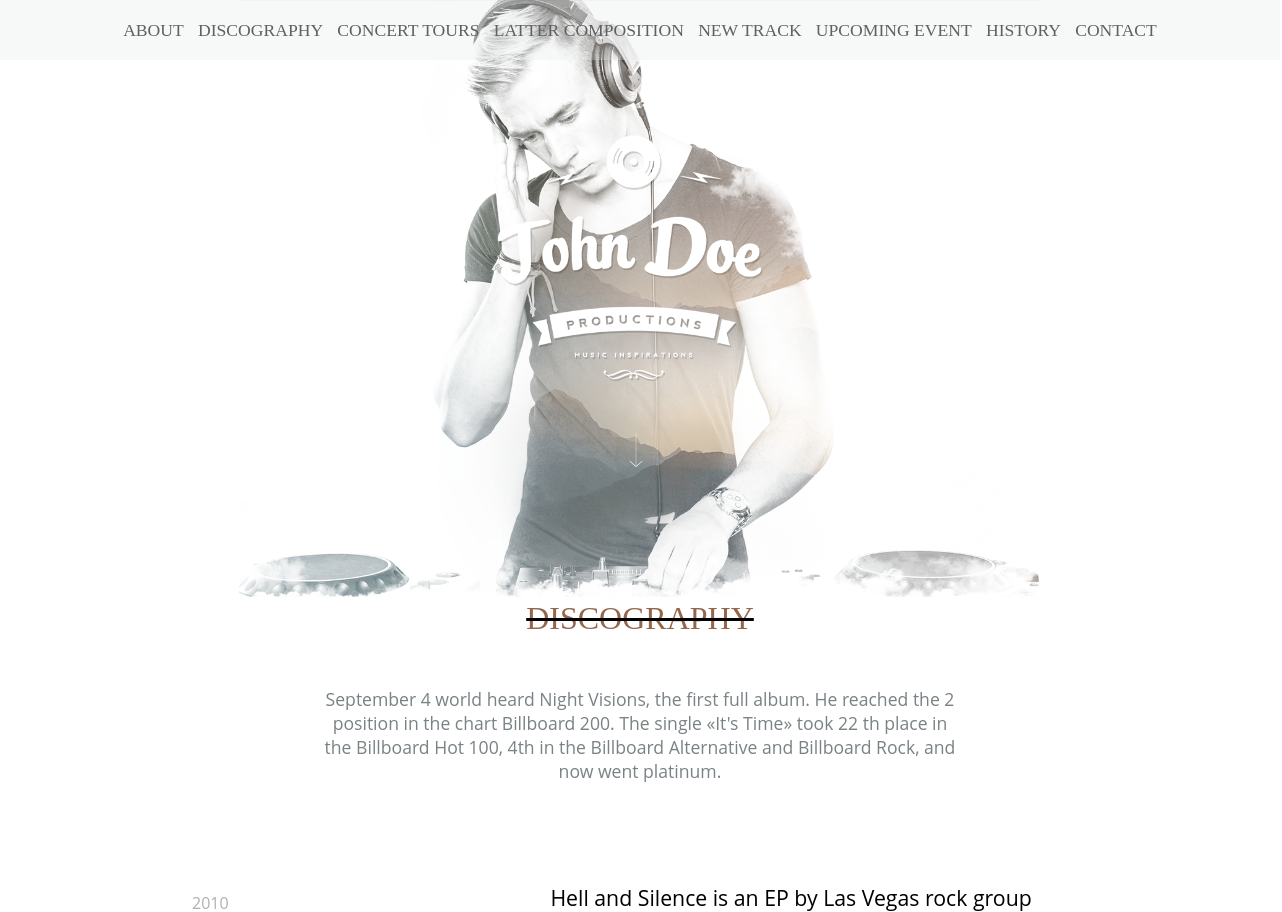
Repository: supsun7/Lab1_Update
Page: index.html
The author's editor kept a record of every edit. The page is drawn from the files as they stood at one moment, then again after the next edit.
The browser window is 1280 px wide. The page is 1282 px wide, then 1280 px, then 1282 px, so the pictures cover 1282 px, including what lies to the right of the window. The pictures show the part of the page from y = 0 to 912 px (the page is 9707 px tall before and 7150 px after).
A picture or video elsewhere on the page could not be fetched, so the positions and the page height are approximate. Some web fonts or font styles are not loaded; a fallback is used.

Above is the page before.

After the next edit:
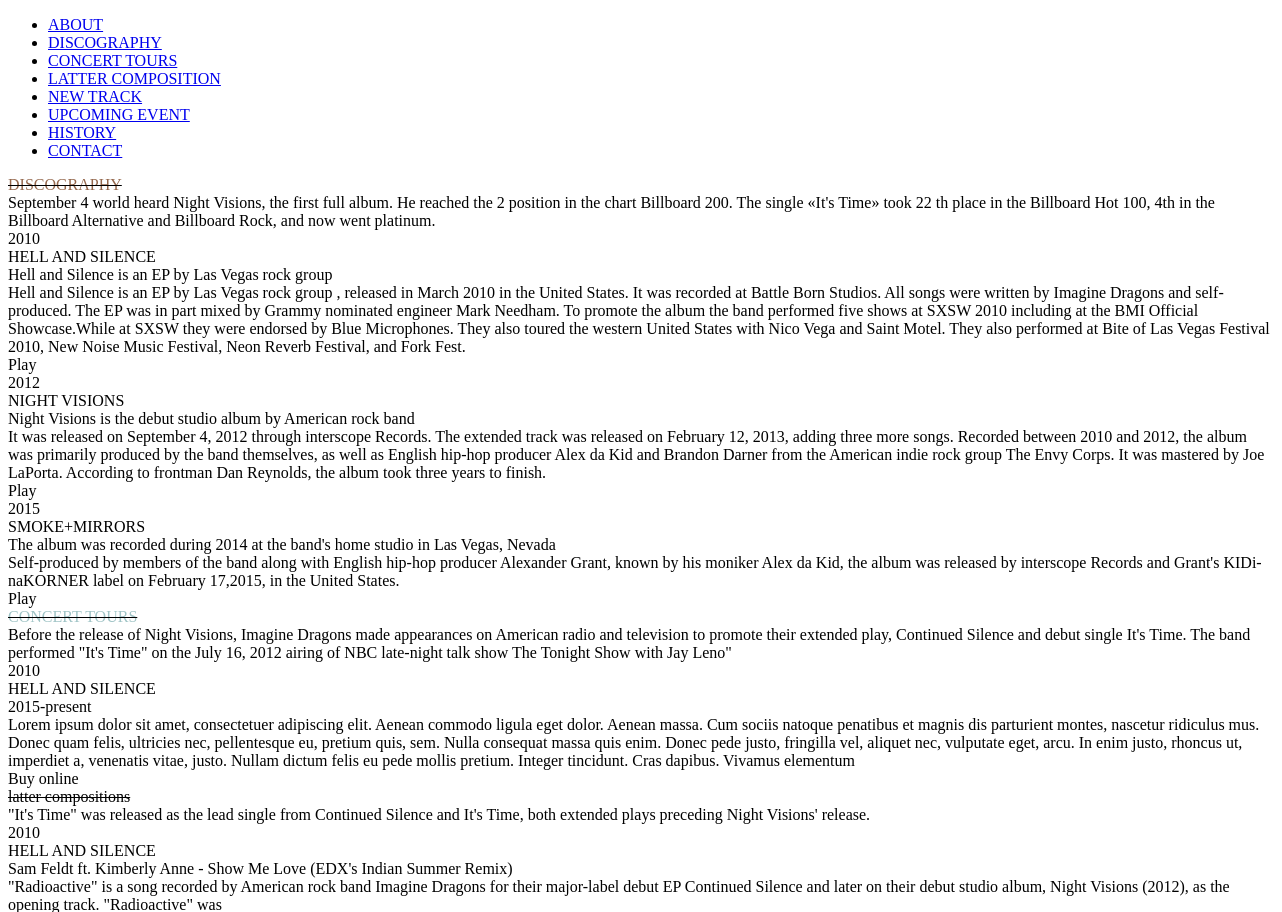
The edit:
--- a/index.html
+++ b/index.html
@@ -458,6 +458,4 @@
     </div>
 
 </body>
-    <link href="http://allfont.ru/allfont.css?fonts=dosis" rel="stylesheet" type="text/css" />
-     <link rel="stylesheet" href="app/css/main.css"> <!-- Подключаем CSS -->
 </html>

After the edit that followed:
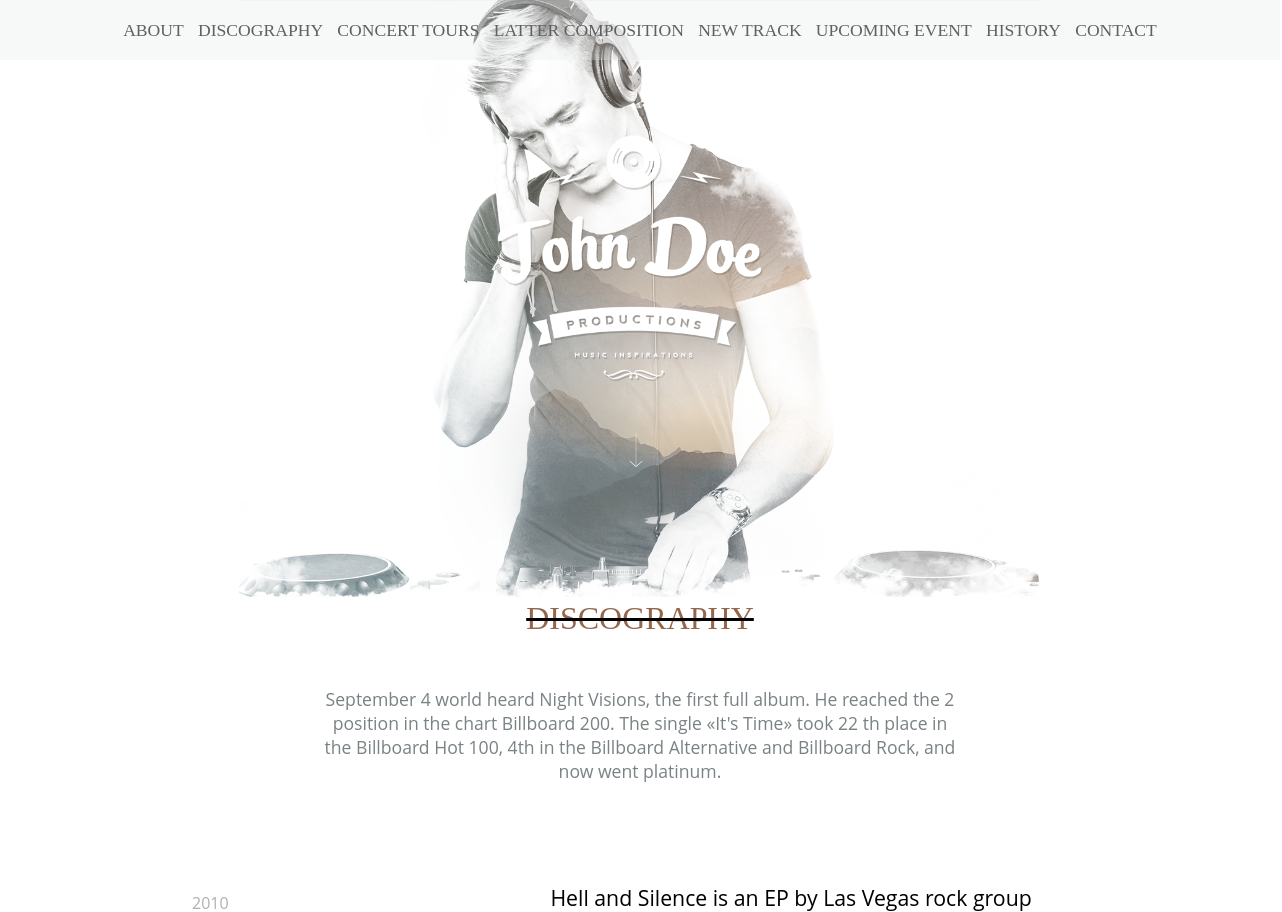
The edit:
--- a/index.html
+++ b/index.html
@@ -5,7 +5,8 @@
     <title>Document</title>
         <meta http-equiv="X-UA-Compatible" content="IE=edge">
     <meta name="viewport" content="width=device-width, initial-scale=1">
-
+   <link href="http://allfont.ru/allfont.css?fonts=dosis" rel="stylesheet" type="text/css" />
+     <link rel="stylesheet" href="app/css/main.css"> <!-- Подключаем CSS -->
 </head>
 <body>
     <header>
